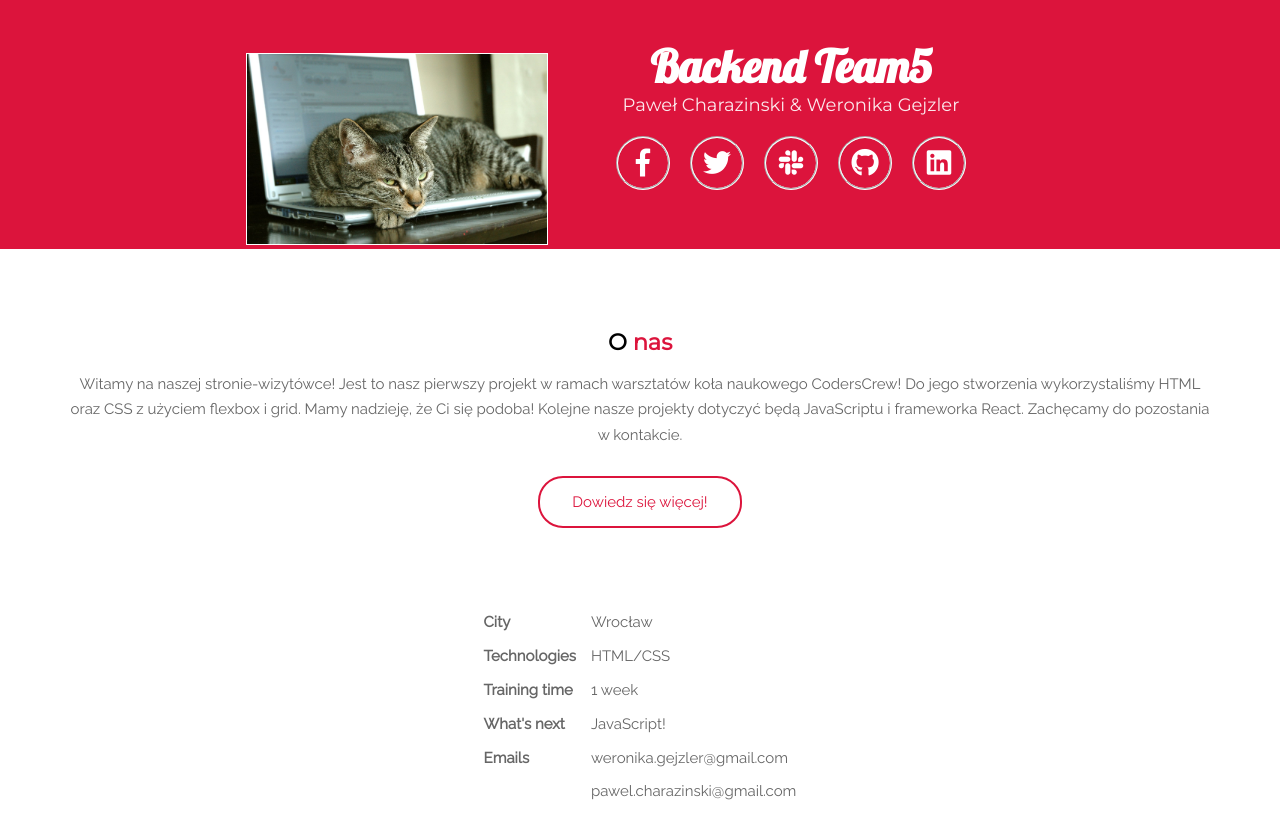
Repository: pietruszka/cc_proj1
Page: index.html
An editor plug-in stored every save of this project. The page is shown before and after a run of saves, followed by the edit.
The browser window is 1280 px wide. The pictures show the whole page.
The pointer rests on the first visible `#button`.
Some web libraries are served in a nearby version.

Above is the page before, as saved 2018-11-18 20:29:24.

After the next 2 saves:
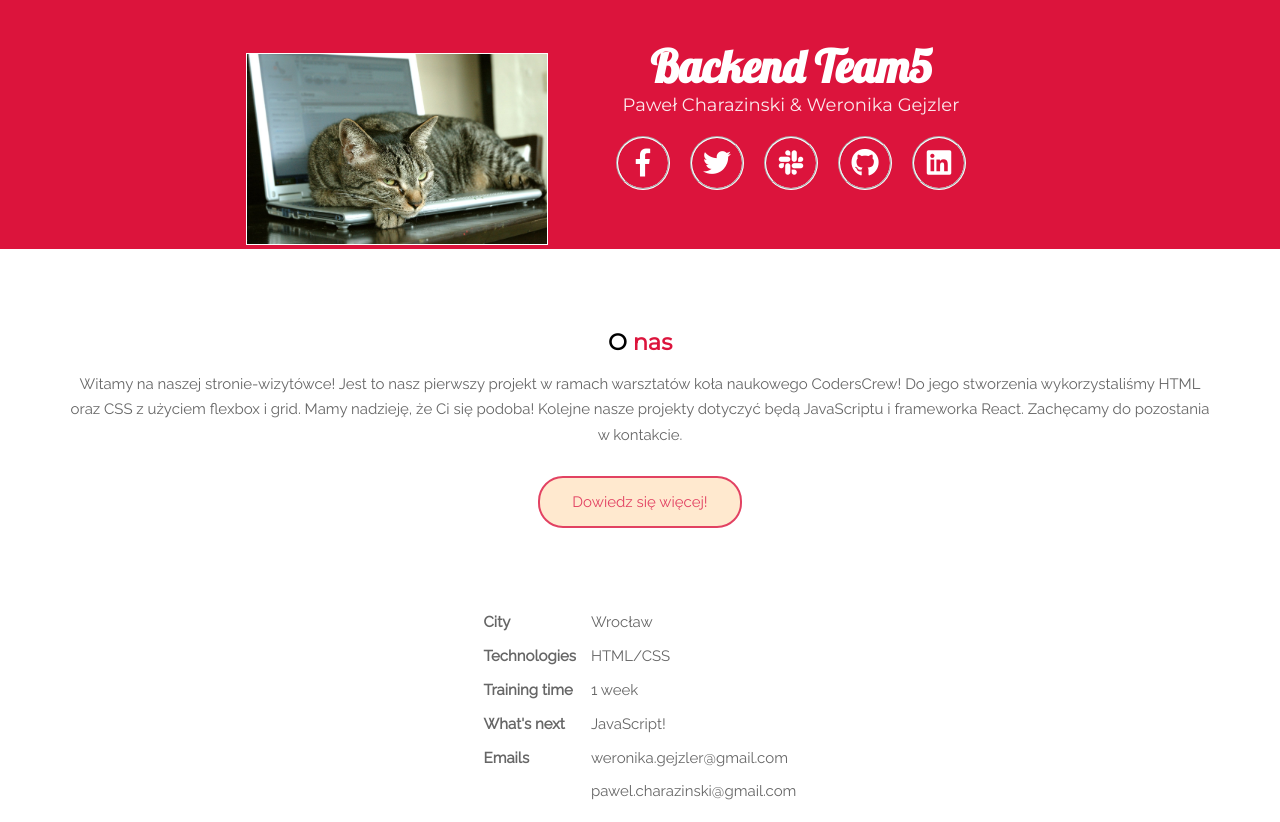
The 2 saves are shown as one change because they came seconds apart.
The last was saved 6 s later.
--- a/style.css
+++ b/style.css
@@ -149,7 +149,7 @@ Line-Height: 1.7em;
 
 #button:hover {
     cursor: pointer;
-    background-color:
+    background-color: bisque;
     opacity: 0.8;
 
 }
